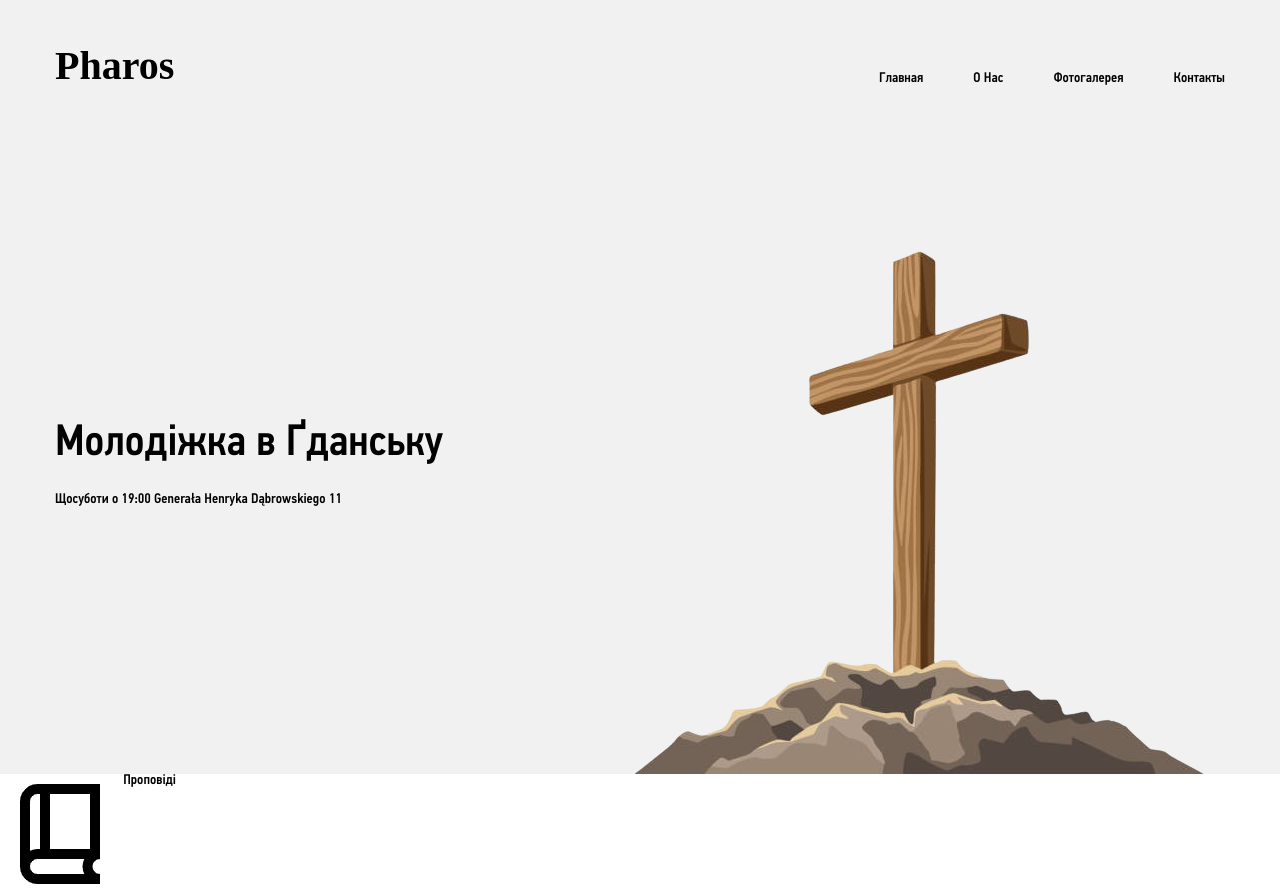
Repository: Bohdan-Sandovenko/youth-project
Page: index.html
These files come from the project's save history. The page is drawn as it stood at one moment and after the next save; the edit follows.
The browser window is 1280 px wide. The pictures show the whole page.
Some web fonts or font styles are not loaded; a fallback is used. The style sheet was rebuilt from its Sass, Less or Tailwind sources for each picture, by a compiler version that may differ from the author's.

Above is the page before, as saved 2024-09-11 09:18:38.

After the next save:
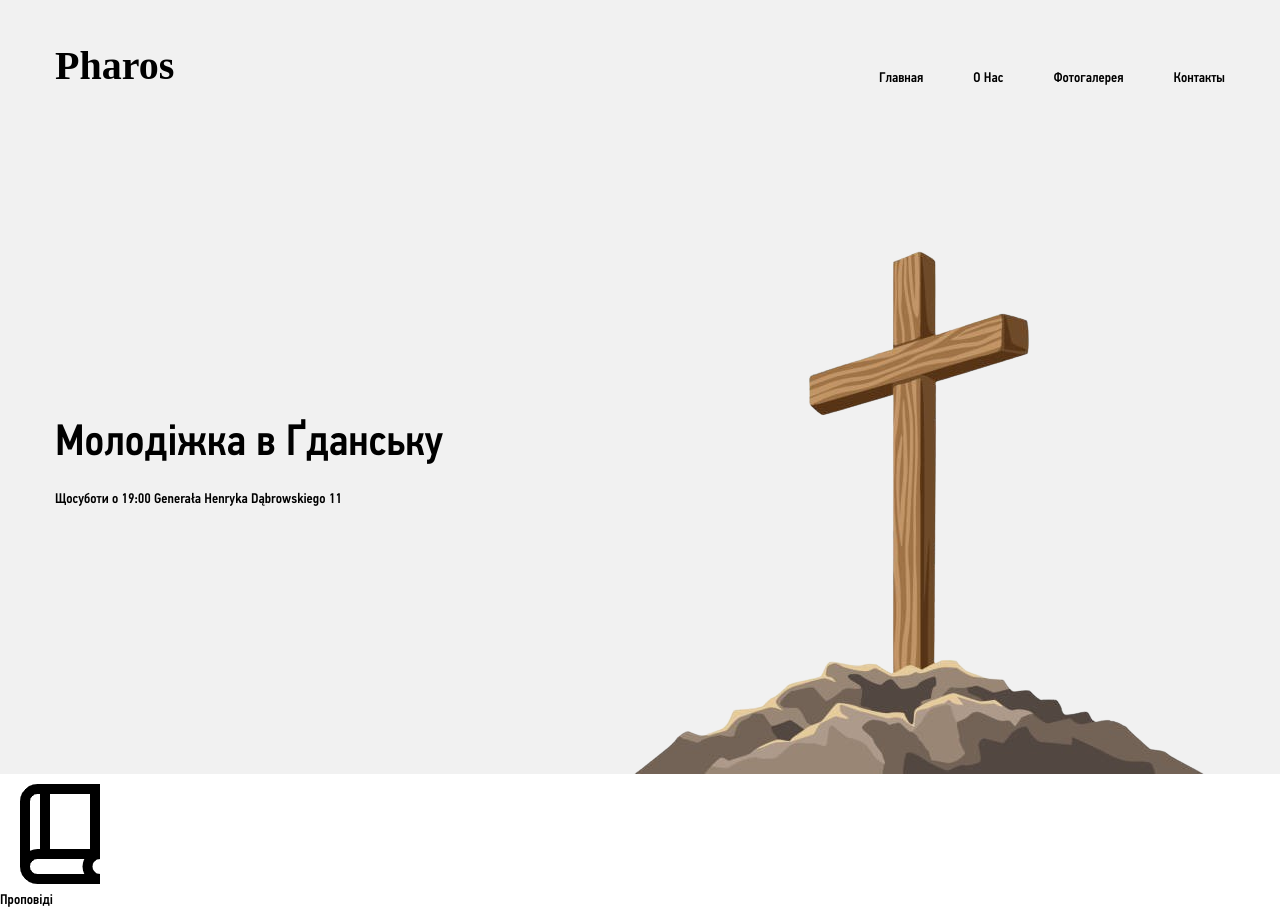
Saved 57 s later.
--- a/index.html
+++ b/index.html
@@ -39,7 +39,7 @@
             <div class="services-row">
                 <div class="service-card">
                     <img class='service-card-bible'src="./img/icons/bible.png" alt="">
-                    Проповіді
+                    <h3 class="service-card-bible-title">Проповіді</h3>
                 </div>
             </div>
         </div>
